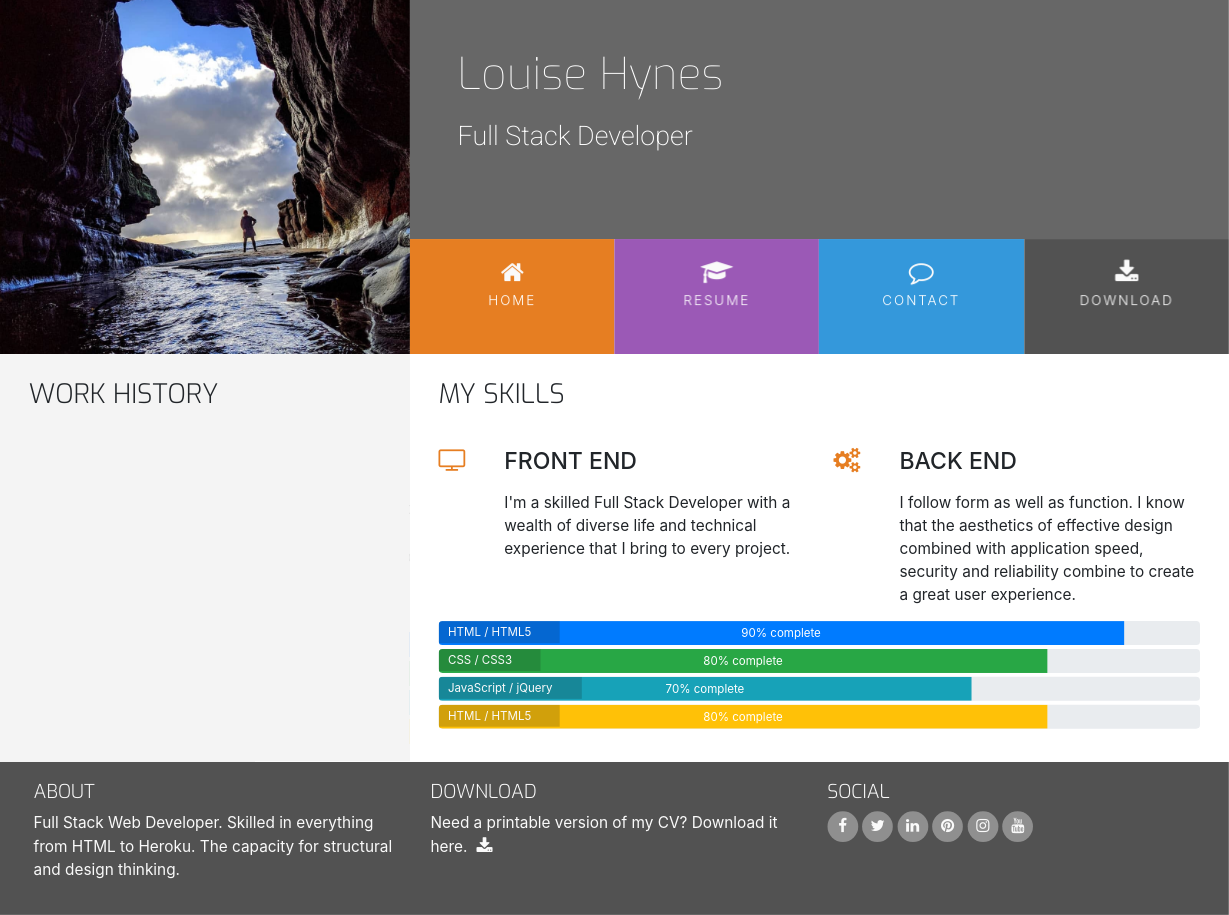
Repository: lhynes/Mini-Project-Resume
Page: resume.html
The author's editor kept a record of every edit. The page is drawn from the files as they stood at one moment, then again after the next edit.
The browser window is 1280 px wide. The pictures show the whole page, at 96% of full size.

Above is the page before.

### resume.html
<!DOCTYPE html>
<html lang="en">

<head>
    <meta charset="UTF-8">
    <meta name="viewport" content="width=device-width, initial-scale=1.0">
    <meta http-equiv="X-UA-Compatible" content="ie=edge">
    <!--access exrtenal links - bootstrap cdn - https://www.bootstrapcdn.com/-->
    <link rel="stylesheet" href="https://stackpath.bootstrapcdn.com/bootstrap/4.3.1/css/bootstrap.min.css" type="text/css" />
    <!--access exrtenal links - fontAwesome cdn - https://www.bootstrapcdn.com/-->
    <link rel="stylesheet" href="https://stackpath.bootstrapcdn.com/font-awesome/4.7.0/css/font-awesome.min.css" type="text/css" />
    <link rel="stylesheet" href="assets/css/style.css" type="text/css" />
    <link rel="stylesheet" href="https://cdnjs.cloudflare.com/ajax/libs/hover.css/2.3.1/css/hover-min.css" type="text/css" />
    <title>Louise</title>
</head>

<body>
    <header>
        <div class="row no-gutters">
            <a class="col-md-4 logo" href="index.html"></a>
            <div class="col-md-8">
                <div class="row no-gutters bg-color-name-title">
                    <div class="col heading">
                        <h1 class="name">Louise Hynes</h1>
                        <h2 class="title">Full Stack Developer</h2>
                    </div>
                </div>
                <div class="row no-gutters">
                    <div class="col">
                        <ul id="nav" class="list-inline menucontainer">
                            <li class="col-6 col-sm-3 ui-menu-color-home list-inline-item menuitem">
                                <a href="#" class="hvr-sweep-to-bottom"><i class="fa fa-home" aria-hidden="true"></i><span>Home</span></a>
                            </li>

                            <li class="col-6 col-sm-3 ui-menu-color-resume list-inline-item menuitem">
                                <a href="#" class="hvr-sweep-to-bottom"><i class="fa fa-graduation-cap" aria-hidden="true"></i><span>Resume</span></a>
                            </li>

                            <li class="col-6 col-sm-3 ui-menu-color-contact list-inline-item menuitem">
                                <a href="#" class="hvr-sweep-to-bottom"><i class="fa fa-comment-o" aria-hidden="true"></i><span>Contact</span></a>
                            </li>
                            <li class="col-6 col-sm-3 ui-menu-color-download list-inline-item menuitem">
                                <a href="#" class="hvr-sweep-to-bottom"><i class="fa fa-download" aria-hidden="true"></i><span>Download</span></a>
                            </li>
                        </ul>
                    </div>
                </div>

            </div>


    </header>
    <section class="container-fluid">
        <div class="row">
            <!--allow us to create a table structure so that our columns will remain the same height, regardless of content-->
            <!--he row-table class specifies the use of a table whereas section-column specifies the use of a table cell, which will give us evenly sized columns in terms of height.-->


            <div class="col-md-4 bg-color-personal-info section-column">
                <div class="row">
                    <div class="col-12">
                        <h3 class="section-heading uppercase">
                            Work History
                        </h3>
                    </div>
                </div>
            </div>
            <div class="col-md-8 bg-color-three-reasons section-column">
                <div class="row">
                    <div class="col">
                        <!-- will take up the space available-->
                        <h3 class="section-heading uppercase">My Skills</h3>
                    </div>
                </div>
                <div class="row">
                    <div class="col-10 offset-1 offset-sm-0 col-sm-4 col-md-6">
                        <!-- mobile view first 10 cols wide offset 1-->
                        <div class="row">
                            <div class="col-2">
                                <i class="three-reasons-icon fa fa-tv" aria-hidden="true"></i>
                            </div>
                            <div class="col-10">
                                <h4 class="three-reasons-heading uppercase">Front End</h4>
                                <p>
                                    I'm a skilled Full Stack Developer with a wealth of diverse life and technical experience that I bring to every project.
                                </p>
                            </div>
                        </div>
                    </div>
                    <div class="col-10 offset-1 offset-sm-0 col-sm-4 col-md-6">
                        <div class="row">
                            <div class="col-2">
                                <i class="three-reasons-icon fa fa-gears" aria-hidden="true"></i>
                            </div>
                            <div class="col-10">
                                <h4 class="three-reasons-heading uppercase">Back End</h4>
                                <p>
                                    I follow form as well as function. I know that the aesthetics of effective design combined with application speed, security and reliability combine to create a great user experience.
                                </p>
                            </div>
                        </div>
                    </div>
                </div>
                <div class="row">
                    <div class="col">
                        <div class="progress">
                            <!-- wrapper for progress bar-->
                            <div class="progress-bar" role="progressbar" aria-valuenow ="90" aria-valuemin="0" aria-valuemax="100" style="width:90%;">
                                <span class ="re-only">90% complete</span>
                            </div>
                            <span class="progress-type">HTML / HTML5</span>

                        </div>
                         <div class="progress">
                            <!-- wrapper for progress bar-->
                            <div class="progress-bar bg-success" role="progressbar" aria-valuenow ="80" aria-valuemin="0" aria-valuemax="100" style="width:80%;">
                                <span class ="re-only">80% complete</span>
                            </div>
                            <span class="progress-type">CSS / CSS3</span>

                        </div>
                        <div class="progress">
                            <!-- wrapper for progress bar-->
                            <div class="progress-bar bg-info" role="progressbar" aria-valuenow ="70" aria-valuemin="0" aria-valuemax="100" style="width:70%;">
                                <span class ="re-only">70% complete</span>
                            </div>
                            <span class="progress-type">JavaScript / jQuery</span>
                        </div>
                        <div class="progress">
                            <!-- wrapper for progress bar-->
                            <div class="progress-bar bg-warning" role="progressbar" aria-valuenow ="80" aria-valuemin="0" aria-valuemax="100" style="width:80%;">
                                <span class ="re-only">80% complete</span>
                            </div>
                            <span class="progress-type">HTML / HTML5</span>

                        </div>
                    </div>
                </div>
            </div>
        </div>

    </section>
    <footer class="container-fluid">
        <!--full width flexible container-->
        <div id="footer-details" class="row">
            <div class="col-sm-4">
                <h5 class="uppercase general-sub">About</h5>
                <p class="inline-block">
                    Full Stack Web Developer. Skilled in everything from HTML to Heroku. The capacity for structural and design thinking.


                </p>
            </div>
            <div class="col-sm-4">
                <h5 class="uppercase general-sub">Download</h5>
                <p class="inline-block">
                    Need a printable version of my CV? Download it here.
                    <a href="#" target="_blank" class="cv-pdf">
                        <!-- _blank used to open in a new tab-->
                        <i class="fa fa-download" aria-hidden="true"></i>
                        <span class="sr-only">Download link.</span>
                    </a>
                </p>
            </div>
            <div class="col-sm-4">
                <h5 class="uppercase general-sub">Social</h5>
                <ul class="list-inline social-links">
                    <li class="list-inline-item">
                        <!-- every list-inline in boostrap needs a list-inline item-->
                        <a target="_blank" href="#">
                            <i class="fa fa-facebook" aria-hidden="true"></i>
                            <span class="sr-only">Facebook</span>
                        </a>
                    </li>
                    <li class="list-inline-item">
                        <a target="_blank" href="#">
                            <i class="fa fa-twitter" aria-hidden="true"></i>
                            <span class="sr-only">Twitter</span>
                        </a>
                    </li>
                    <li class="list-inline-item">
                        <a target="_blank" href="#">
                            <i class="fa fa-linkedin" aria-hidden="true"></i>
                            <span class="sr-only">LinkedIn</span>
                        </a>
                    </li>
                    <li class="list-inline-item">
                        <a target="_blank" href="#">
                            <i class="fa fa-pinterest" aria-hidden="true"></i>
                            <span class="sr-only">Pinterest</span>
                        </a>
                    </li>
                    <li class="list-inline-item">
                        <a target="_blank" href="#">
                            <i class="fa fa-instagram" aria-hidden="true"></i>
                            <span class="sr-only">Instagram</span>
                        </a>
                    </li>
                    <li class="list-inline-item">
                        <a target="_blank" href="#">
                            <i class="fa fa-youtube" aria-hidden="true"></i>
                            <span class="sr-only">YouTube</span>
                        </a>
                    </li>
                </ul>
            </div>

        </div>

    </footer>
</body>

</html>

### assets/css/style.css
@import url('https://fonts.googleapis.com/css?family=Roboto:100,200,300,400,500,600,700|Exo:100,200,300,400,500,600,700');

/*-----------------------------------Colours */

.bg-color-name-title {
    background-color: #676767;
    color: #ffffff;
}

.bg-color-three-reasons {
    background-color: #fff;

}

.bg-color-personal-info {
    background-color: #f4f4f4;
}

.bg-color-work-history {
    background-color: #9b59b6
}

.ui-menu-color-home {
    background-color: #e67e22
}

.ui-menu-color-resume {
    background-color: #9b59b6
}

.ui-menu-color-contact {
    background-color: #3498db
}

.ui-menu-color-download {
    background-color: #525252
}



/*-----------------------------------Special paddings/margins/text - General CSS area used more than once through out the site */

.uppercase {
    text-transform: uppercase;
}

.general-sub {
    font-family: "Exo", sans-serif;
    font-weight: 300;
    color: #fafafa;

}

h1,
h2,
h3,
h4 {
    margin: 0;
}

.inline-block {
    display: inline-block;

}

.row-table {
    display: table;

}

.section-column {
    display: table-cell;
    padding: 0 30px 30px;
    float: none;
}

.history-heading,
.section-heading {
    font-family: "Exo", sans-serif;
    font-weight: 300;
    margin-top: 25px;
    margin-bottom: 40px;
}


/*-----------------------------------Heading */

header {
    margin: 0;
}

.heading {
    margin-left: 50px;
}

.logo {
    background: url("../images/louise.jpg");
    background-position: center;
    background-repeat: no-repeat;
    background-size: cover;
    min-height: 360px;
    transition: all .5s ease-in-out;
    -moz-transition: all .5s ease-in-out;
    -webkit-transition: all .5s ease-in-out;
}

.name {
    font-family: "Exo", sans-seriif;
    font-weight: 100;
    font-size: 46px;
    margin-top: 50px;
    color: #ffffff;
}

.title {
    font-family: "Roboto", sans-seriif;
    font-weight: 200;
    font-size: 28px;
    margin-top: 20px;
    margin-bottom: 90px;
    color: #ffffff;
}

.list-inline-item:not(:last-child) {
    margin: 0;
}

.menucontainer {
    font-size: 0;
}


#nav {
    margin: 0;
}

#nav li {
    font-size: 14px;
    padding: 0;
}

.menuitem {
    height: 120px;
    /*profile image is 360 in total*/
    text-align: center;
    padding: 0;
}

.menuitem a {
    width: 100%;
    color: #ffffff;
    text-decoration: none;
    height: 120px;
}

.menuitem a i {
    padding-top: 22px;
    display: block;
    color: #fafafa;
    font-size: 26px;
}

.menuitem span {
    display: block;
    width: 100%;
    padding-top: 5px;
    text-align: center;
    text-transform: uppercase;
    font-size: 14px;
    font-weight: 300;
    letter-spacing: 2px;
}




/*-----------------------------------Hover.css */

/*background color is set in the before*/

.hvr-sweep-to-bottom:before {
    background: rgba(0, 0, 0, 0.2) !important;
    height: 120px;
}


/*-----------------------------------Footer styles */

footer {
    background-color: #525252;
    color: #fafafa;
    min-height: 120px;
    margin: 0;
}


.cv-pdf i {
    font-size: 18px;
    color: #fafafa;
    text-align: center;
    padding-left: 5px;
    transition: all 0.35s ease-in-out;
    /* put in parent element*/
    -moz-transition: all 0.35s ease-in-out;
    -webkit-transition: all 0.35s ease-in-out;
    -o-transition: all 0.35s ease-in-out;
}

.cv-pdf i:hover {
    color: #e84610;
}


.social-links {
    padding-bottom: 15px;
}

.social-links li a i {
    width: 32px;
    height: 32px;
    padding: 12px 0;
    border-radius: 50%;
    line-height: 7px;
    text-align: center;
    color: #fafafa;
    background: #8f8f8f;
    -moz-transition: all 0.35s ease-in-out;
    -webkit-transition: all 0.35s ease-in-out;
    -o-transition: all 0.35s ease-in-out;
}

.social-links li a i:hover {
    background-color: #e84610;
}

#footer-details {
    padding: 20px;
}


/*-----------------------------------Three Resons Css */

.three-reasons-icon {
    font-size: 26px;
    color: #e67e22;
}

.three-reasons-heading {
    margin-bottom: 15px;
}


/*-----------------------------------Presonal Info*/

.personal-info-item {
    margin-bottom: 20px;
    display: block;
    clear: both;
}

/*style keys, values, paragraphs*/

.personal-info-item .key,
.personal-info-item .value {
    padding-right: 8px;
    display: inline-block;

}

.personal-info-item .key p,
.personal-info-item .value p {
    margin: 0;
}

.personal-info-item .key {
    width: 30%;
    margin-right: 21px;
    padding-top: 2px;
    vertical-align: top;
}


.personal-info-item .key p {
    font-weight: 700;
}

.personal-info-item .value {
    position: relative;
    /*relative to predacessor*/
    width: 60%;
}

/*-----------------------------------Skills*/

.progress {
    position: relative;
    height: 25px;
    margin-bottom: 4px;
}

.progress-type {
    /* represents the the texrt label on the bar */
    position: absolute;
    left: 0px;
    font-weight: 400;
    padding: 3px 30px 2px 10px;
    color: #fafafa;
    background-color: rgba(25, 25, 25, 0.2)
}

.progress-section {
    margin: 40px 20px;

}


/*-----------------------------------Work History*/

.history-heading {
    color: #fafafa;
    margin-bottom: 50px;
}

.timeline-item {
    padding: 4em 2em 0em 2em;
    position: relative;
    color: #fafafa;
    border-left: 1px solid;
}

.timeline-item p {
    margin: 0;
    padding: 0;
}

.timeline-item:before {
    content: attr(data-dates);
    /*can only use contene tieh the beforer or after pseudo elements*/
    position: absolute;
    left: 2.5em;
    top: 3em;
    display: block;
    font-family: "Exo", sans-seriif;
    font-weight: 500;
    font-size: 0.8em;
    padding: 0;
    margin: 0;

}

.timeline-item:after {
    width: 12px;
    height:12px;
    display:block;
    top: 2.4em;
    border-radius: 12px;

    position:absolute;
}

After the next edit:
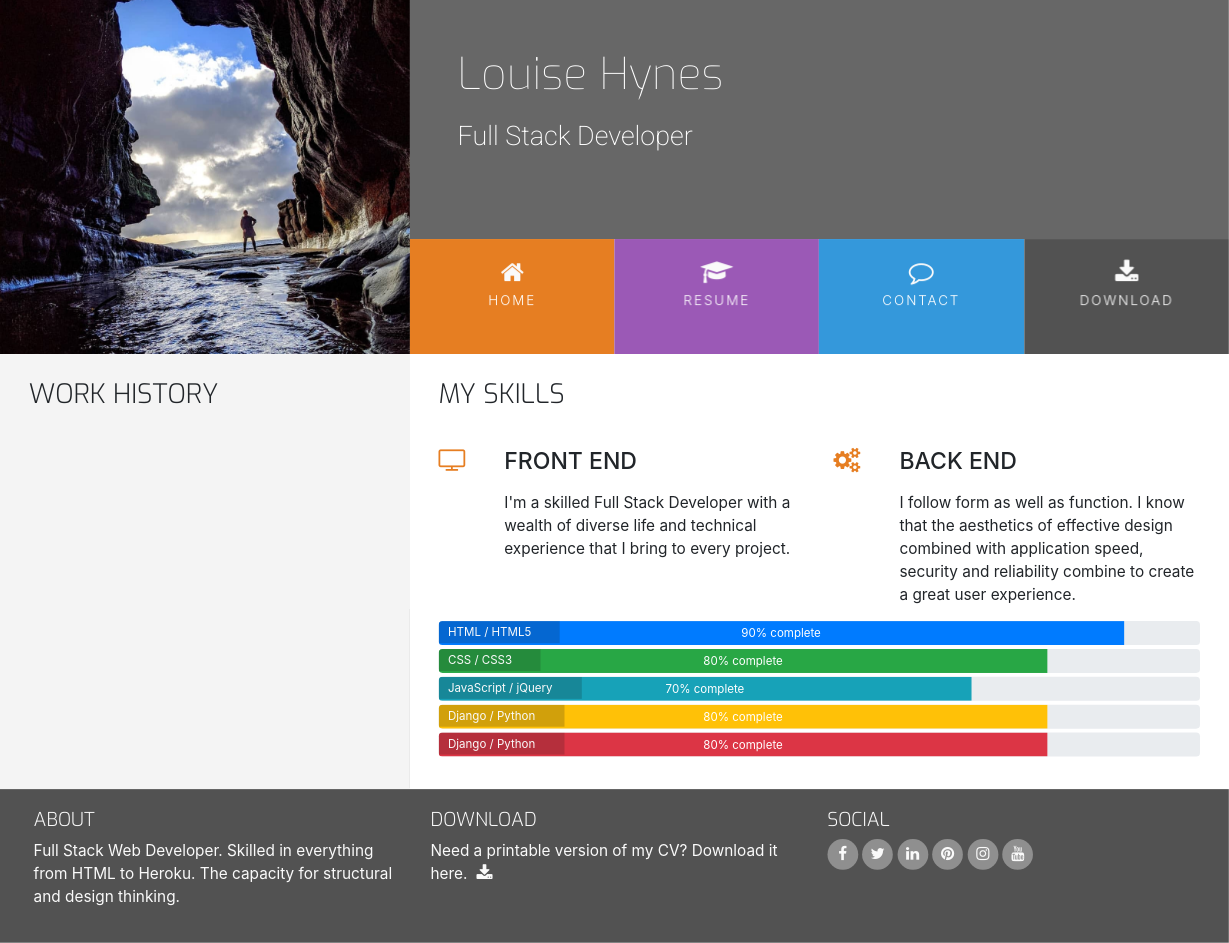
The edit:
--- a/resume.html
+++ b/resume.html
@@ -131,7 +131,14 @@
                             <div class="progress-bar bg-warning" role="progressbar" aria-valuenow ="80" aria-valuemin="0" aria-valuemax="100" style="width:80%;">
                                 <span class ="re-only">80% complete</span>
                             </div>
-                            <span class="progress-type">HTML / HTML5</span>
+                            <span class="progress-type">Django / Python</span>
+                        </div>
+                                                <div class="progress">
+                            <!-- wrapper for progress bar-->
+                            <div class="progress-bar bg-danger" role="progressbar" aria-valuenow ="80" aria-valuemin="0" aria-valuemax="100" style="width:80%;">
+                                <span class ="re-only">80% complete</span>
+                            </div>
+                            <span class="progress-type">Django / Python</span>
 
                         </div>
                     </div>
